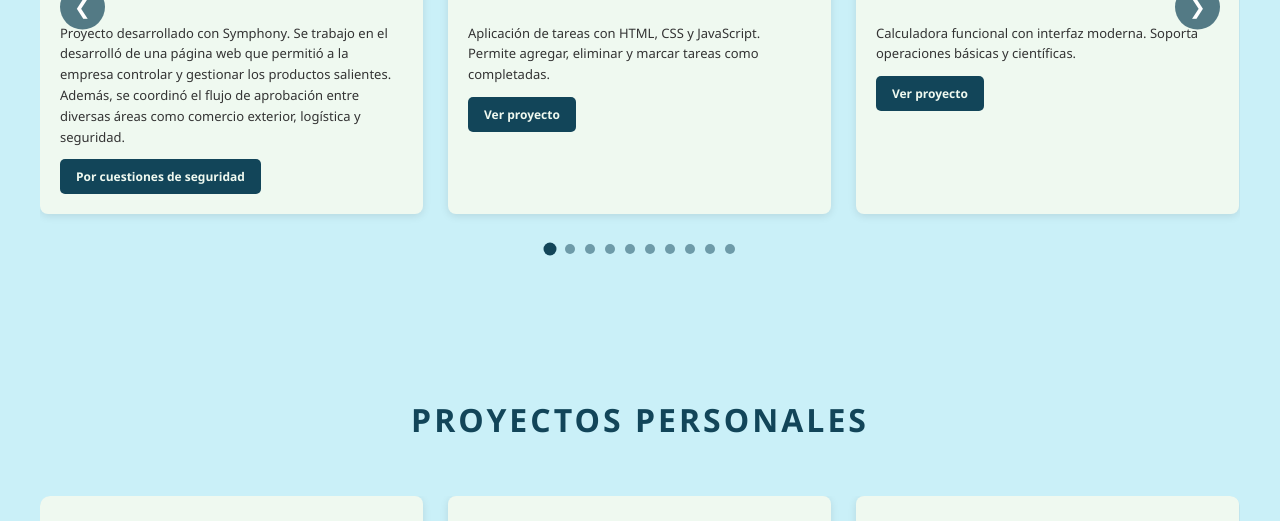
Repository: rafaelsilva2k/mi-portafolio
Page: index.html
These files come from the project's save history. The page is drawn as it stood at one moment and after a run of saves; the edit follows.
The browser window is 1280 px wide. The pictures show the part of the page from y = 3030 to 3551 px (the page is 4449 px tall before and 4414 px after).
Pictures or frames that could not be fetched are drawn as grey boxes.

Above is the page before, as saved 2026-05-27 09:20:55.

After the next 2 saves:
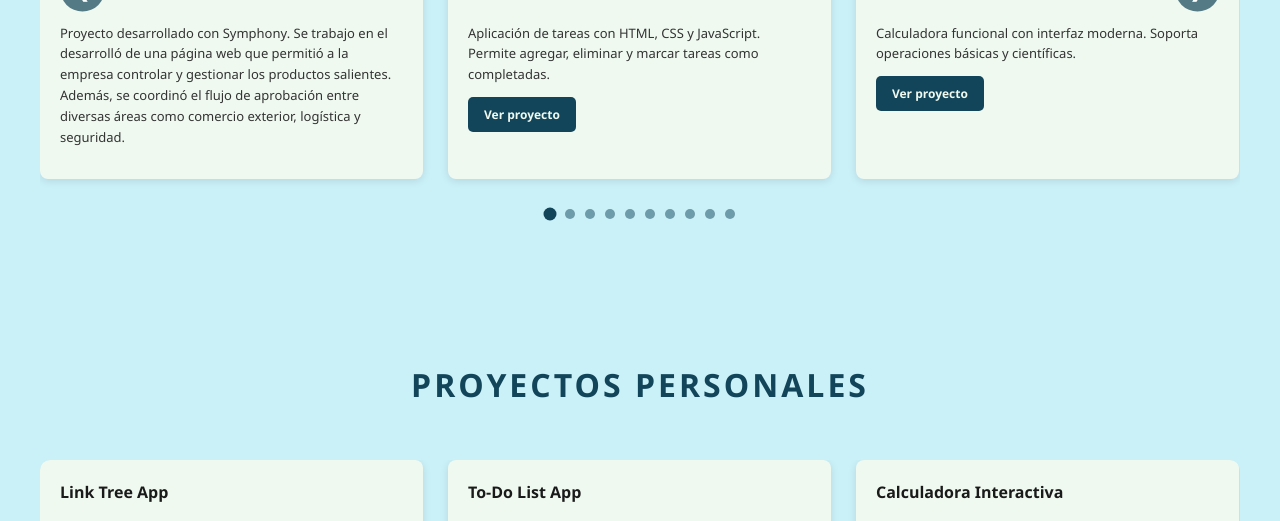
The 2 saves are shown as one change because they came seconds apart.
The last was saved 8 s later.
--- a/index.html
+++ b/index.html
@@ -147,7 +147,6 @@
                     <img src="images/.png" alt="Link Tree para creador de contenido">
                     <p>Proyecto desarrollado con Symphony. Se trabajo en el desarrolló de una página web que permitió a la empresa controlar y gestionar los productos salientes.
                         Además, se coordinó el flujo de aprobación entre diversas áreas como comercio exterior, logística y seguridad.</p>
-                    <a href="https://rafaelsiza-linktree.vercel.app" class="project-link">Por cuestiones de seguridad</a>
                 </div>
 
                 <!-- Proyecto 1 -->
